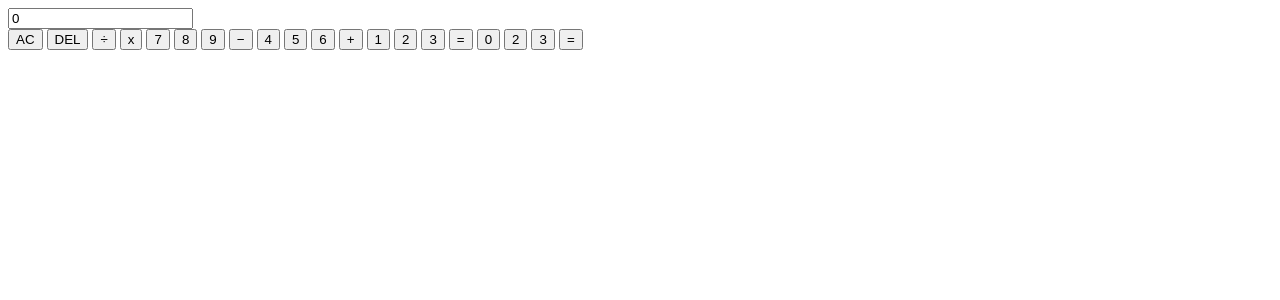
Repository: Mantombi81/Mozi--Calculator
Page: index.html
These files come from the project's save history. The page is drawn as it stood at one moment and after the next save; the edit follows.
The browser window is 1280 px wide. The pictures show the whole page.

Above is the page before, as saved 2025-06-03 14:40:26.

### index.html
<!DOCTYPE html>
<html lang="en">
<head>
    <meta charset="UTF-8">
    <meta name="viewport" content="width=device-width, initial-scale=1.0">
    <title>Mozi Calculator App</title>
</head>
<body>
    <div class="calculator">
        <!-- numbers display when a user type something -->
         <div class="display">
            <input type="text" id="display" value="0" readonly>
         </div>
         <!-- buttons grid -->
          <div class="buttons">
            <!-- first row -->
             <button class="btn clear" onclick="clearDisplay()">AC</button>
             <button class="btn operator" onclick="deleteLast()">DEL</button>
             <button class="btn operator" onclick="appendToDisplay('/')">÷</button>
             <button class="btn operator" onclick="appendToDisplay('*')">x</button>

             <!-- second row -->
              <button class="btn number" onclick="appendToDisplay('7')">7</button>
              <button class="btn number" onclick="appendToDisplay('8')">8</button>
              <button class="btn number" onclick="appendToDisplay('9')">9</button>
              <button class="btn operator" onclick="appendToDisplay('-')">−</button>

              <!-- Third row -->
              <button class="btn number" onclick="appendToDisplay('4')">4</button>
              <button class="btn number" onclick="appendToDisplay('5')">5</button>
              <button class="btn number" onclick="appendToDisplay('6')">6</button>
              <button class="btn operator" onclick="appendToDisplay('+')">+</button>

              <!-- fourth row -->
              <button class="btn number" onclick="appendToDisplay('1')">1</button>
              <button class="btn number" onclick="appendToDisplay('2')">2</button>
              <button class="btn number" onclick="appendToDisplay('3')">3</button>
              <button class="btn equals" onclick="calculate()" rowspan="2">=</button>

              <!-- fifth row -->
              <button class="btn number zero" onclick="appendToDisplay('0')">0</button>
              <button class="btn number" onclick="appendToDisplay('.')">2</button>
              <button class="btn number" onclick="appendToDisplay('3')">3</button>
              <button class="btn equals" onclick="calculate()" rowspan="2">=</button>

          </div>
    </div>
</body>
</html>

After the next save:
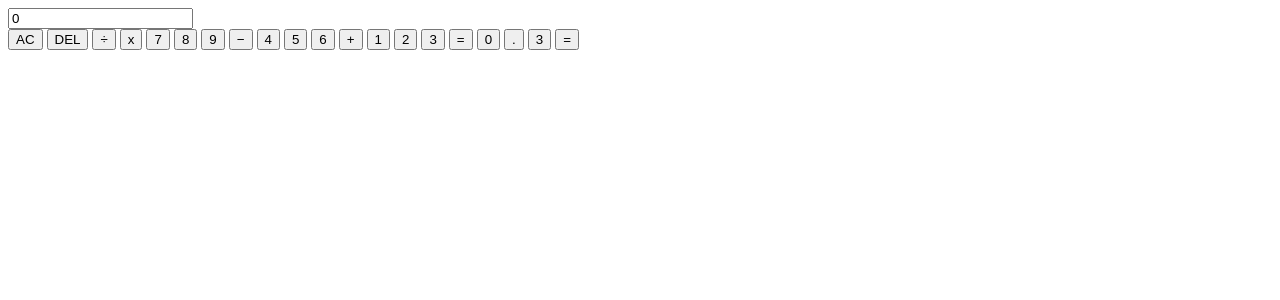
Saved 54 s later.
--- a/index.html
+++ b/index.html
@@ -39,7 +39,7 @@
 
               <!-- fifth row -->
               <button class="btn number zero" onclick="appendToDisplay('0')">0</button>
-              <button class="btn number" onclick="appendToDisplay('.')">2</button>
+              <button class="btn number" onclick="appendToDisplay('.')">.</button>
               <button class="btn number" onclick="appendToDisplay('3')">3</button>
               <button class="btn equals" onclick="calculate()" rowspan="2">=</button>
 
